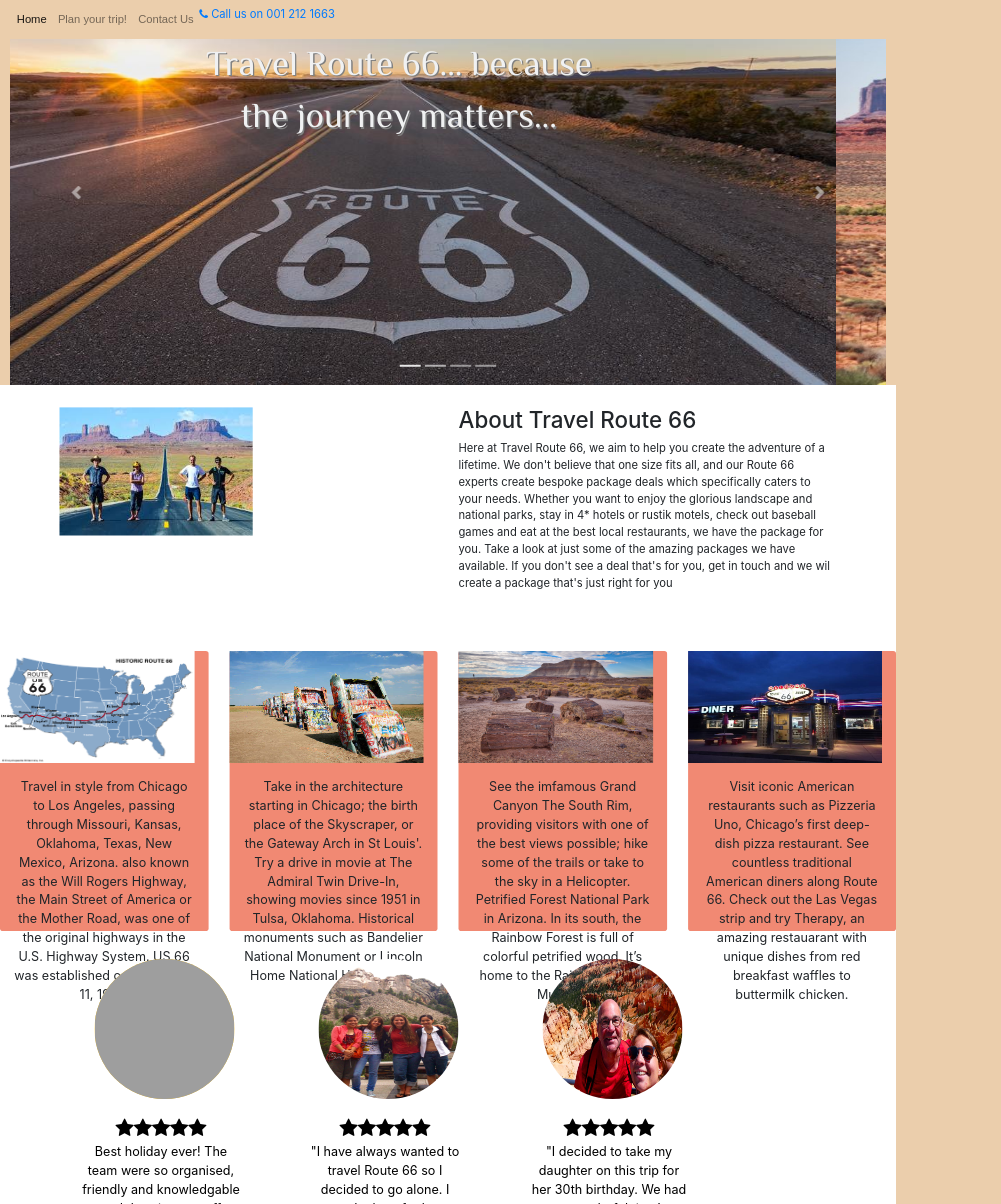
Repository: Leannald13/second-milestone-project
Page: index.html
The author's editor kept a record of every edit. The page is drawn from the files as they stood at one moment, then again after the next edit.
The browser window is 1280 px wide. The page is 1340 px wide, then 1430 px, so the pictures cover 1430 px, including what lies to the right of the window. The pictures show the part of the page from y = 0 to 1720 px (the page is 2374 px tall before and 2394 px after), at 70% of full size.
Pictures or frames that could not be fetched are drawn as grey boxes. Some web fonts or font styles are not loaded; a fallback is used. Some web libraries are served in a nearby version.

Above is the page before.

### index.html
<!DOCTYPE html>
<html lang="en">
<head>
    <meta charset="UTF-8">
    <meta name="viewport" content="width=device-width, initial-scale=1.0">
    <meta http-equiv="X-UA-Compatible" content="ie=edge">
    <link rel="stylesheet" href="https://stackpath.bootstrapcdn.com/bootstrap/4.3.1/css/bootstrap.min.css" type="text/css" />
    <link rel="stylesheet" href="https://cdnjs.cloudflare.com/ajax/libs/hover.css/2.3.1/css/hover-min.css" type="text/css" />
    <link rel="stylesheet" href="https://stackpath.bootstrapcdn.com/font-awesome/4.7.0/css/font-awesome.min.css" type="text/css" />
    <link href="https://fonts.googleapis.com/css?family=Dosis&display=swap" rel="stylesheet">
   <link href="https://fonts.googleapis.com/css?family=Philosopher|Yeon+Sung|ZCOOL+XiaoWei&display=swap" rel="stylesheet">
    <link rel="stylesheet" href="css/style.css" type="text/css" />
    <title>Route 66 Planner</title>
</head>
<body>
     <header>

                                                            <!-- navbar-->

         <nav class="navbar navbar-expand-lg navbar-light">
  <button class="navbar-toggler" type="button" data-toggle="collapse" data-target="#navbarNav" aria-controls="navbarNav" aria-expanded="false" aria-label="Toggle navigation">
    <span class="navbar-toggler-icon"></span>
  </button>
  <div class="collapse navbar-collapse" id="navbarNav">
    <ul class="navbar-nav">
      <li class="nav-item active">
        <a class="nav-link" href="#"><span>Home</span></a>
      </li>
      <li class="nav-item">
        <a class="nav-link" href="#"><span>Plan your trip!</span></a>
      </li>
      <li class="nav-item">
        <a class="nav-link" href="#"><span>Contact Us</span></a>
      </li>
      <li class="nav-item">
          <a class="navlink" href="#"><span><i class="fa fa-phone"></i> Call us on 001 212 1663</span></a>
      </li>
    </ul>
  </div>
</nav>
</header>


    <div class="container-fluid">

        <div id="myCarousel" class="carousel slide" data-ride="carousel">



            <ul class="carousel-indicators">

                <li data-target="#myCarousel" data-slide-to="0" class="active"></li>

                <li data-target="#myCarousel" data-slide-to="1"></li>

                <li data-target="#myCarousel" data-slide-to="2"></li>
                 <li data-target="#myCarousel" data-slide-to="3"></li>


            </ul>




            <div class="carousel-inner">

                <div class="carousel-item active">

                    <img src="assets/images/slide1.jpg" alt="mainimage" width="100%" height="550">
                    <div class="centered">Travel Route 66... because the journey matters...</div>

                </div>

                <div class="carousel-item">

                    <img src="assets/images/slide2.jpg" alt="highway" width="100%" height="550">


                </div>
                  <div class="carousel-item">

                    <img src="assets/images/slide3.jpg" alt="sunsetcanyon" width="100%" height="550">


                </div>
                <div class="carousel-item">

                    <img src="assets/images/slide4.jpg" alt="signontheroad" width="100%" height="550">


                </div>


            <a class="carousel-control-prev" href="#myCarousel" data-slide="prev">

    <span class="carousel-control-prev-icon"></span>

  </a>

            <a class="carousel-control-next" href="#myCarousel" data-slide="next">

    <span class="carousel-control-next-icon"></span>

  </a>

        </div>
    </div>
            </div>
        </div>


        <section id="about">

    <div class="container about" style="padding-bottom: 10px;">

      <div class="row">

        <div class="col-12 col-md-6">

          <img src="assets\images\people.jpg" alt="travelroute66" class="people">

        </div>

        <div class="col-12 col-md-6 about-ash-fit">

          <h2>About Travel Route 66</h2>

          <p The imfamous Route 66 spanning for over 2400 miles, still captivates people from all over the world! An incredible road trip from Chicago Illinois and ending in Santa Monica, California, taking you through eight amazing states, three time zones and mesmerising national parks such as the Grand Canyon and Petrified Forest National Park. Start planning the journey of a lifetime, today!<br>Here at Travel Route 66, we aim to help you create the adventure of a lifetime. We don't believe that one size fits all, and our Route 66 experts create bespoke package deals which specifically caters to your needs. Whether you want to enjoy the glorious landscape and national parks, stay in 4* hotels or rustik motels,
   check out baseball games and eat at the best local restaurants, we have the package for you. Take a look at just some of the amazing packages we have available. If you don't see a deal that's for you,
   get in touch and we wil create a package that's just right for you</p>

        </div>

      </div>

    </div>





                                                        <!-- main body of home page-->
                                  <div class="card-deck">
  <div class="card">
    <img src="assets/images/map.jpg" alt="route66" class="map">
    <div class="card-body">

      <p class="card-text">Travel in style from Chicago to Los Angeles, passing through Missouri, Kansas, Oklahoma, Texas, New Mexico, Arizona. also known as the Will Rogers Highway, the Main Street of America or the Mother Road, was one of the original highways in the U.S. Highway System. US 66 was established on November 11, 1926.</p>
    </div>

  </div>
  <div class="card">
      <img src="assets/images/attractions.jpg" alt="route66" class="attractions">
    <div class="card-body">

      <p class="card-text">Take in the architecture starting in Chicago; the birth place of the Skyscraper, or the Gateway Arch in St Louis'. Try a drive in movie at The Admiral Twin Drive-In, showing movies since 1951 in Tulsa, Oklahoma. Historical monuments such as Bandelier National Monument or Lincoln Home National Historic Site.</p>
    </div>

  </div>
  <div class="card">
     <img src="assets/images/nationalparks.jpg" alt="route66" class="nationalparks">
    <div class="card-body">

      <p class="card-text">See the imfamous Grand Canyon The South Rim, providing visitors with one of the best views possible; hike some of the trails or take to the sky in a Helicopter. Petrified Forest National Park in Arizona. In its south, the Rainbow Forest is full of colorful petrified wood. It’s home to the Rainbow Forest Museum</p>
    </div>

  </div>
   <div class="card">
     <img src="assets/images/dining.jpg" alt="route66" class="dining">
    <div class="card-body">

      <p class="card-text">Visit iconic American restaurants such as Pizzeria Uno, Chicago’s first deep-dish pizza restaurant. See countless traditional American diners along Route 66. Check out the Las Vegas strip and try Therapy, an amazing restauarant with unique dishes from
         red breakfast waffles to buttermilk chicken.</p>
    </div>

  </div>
</div>
                   <!-- temporary block out





      -->



    <div class="container-fluid review">

        <div class="row padding">

            <div class="col-md-3 sm-2">

                <div class="review1">

                    <img class="review-img" src="assets/images/couple.jpg">

                    <div class="card-body">
                    <div class="stars"><i class="fa fa-star"></i><i class="fa fa-star"></i><i class="fa fa-star"></i><i class="fa fa-star"></i><i class="fa fa-star"></i></div>
                      <p class="card-text">  Best holiday ever! The team were so organised, friendly and knowledgable and the trip went off without a hitch. The trip was exactly what we wanted and we left with no regrets. I can't recommend these guys enough! Thank you Travel Route 66 for the trip of a lifetime!" - Elliot and Lucy, London UK</p>

                    </div>

                </div>

            </div>

            <div class="col-md-3">

                <div class="review1">

                    <img class="review-img" width="300" height="300" src="assets/images/group.jpg">

                    <div class="card-body">
              <div class="stars"><i class="fa fa-star"></i><i class="fa fa-star"></i><i class="fa fa-star"></i><i class="fa fa-star"></i><i class="fa fa-star"></i></div> <p class="card-text">"I have always wanted to travel Route 66 so I decided to go alone. I wasn't alone for long because I met the most incredible people who I am still friends with today. It really was one of the best experiences I have ever
           had. Thank you so much Travel Route 66!" - Lucy, Dublin Ireland</p>

                    </div>

                </div>

            </div>

            <div class="col-md-3">

                <div class="review1">

                    <img class="review-img" width="300" height="300" src="assets/images/dadanddaughter.jpg">

                    <div class="card-body">


                        <div class="stars"><i class="fa fa-star"></i><i class="fa fa-star"></i><i class="fa fa-star"></i><i class="fa fa-star"></i><i class="fa fa-star"></i></div>
           <p class="card-text">"I decided to take my daughter on this trip for her 30th birthday. We had a wonderful time! Accomodation was great, food was amazing and by far our biggest highlight was the Grand Canyon. Everyone should do Route 66 once in their lives! Thank you for making it such a memorable experience." Ray and Jennifer, Florida USA.</p>

                    </div>

                </div>

            </div>
          <div class="box1 dealone">
          <h3>14 days on Route 66<br> from $1000 all inclusive</h3>
          <ul>
              <li>Includes flights</li>
              <li>Airport Transportation</li>
              <li>Car Hire or tour bus</li>
              <li>A selection of accomodation to choose from</li>
              <li>A selection of destinations to choose from</li>
              <li>Includes ESTA visa fee</li>
              <a class="btn btn-primary" href="contact.html" role="button" class="enquiry-button">Find Out More!</a>
          </ul>
      </div>
         <div class="box1 dealtwo">
          <h3>12 days on Route 66<br> from $900 all inclusive</h3>
          <ul>
              <li>Includes flights</li>
              <li>Airport Transportation</li>
              <li>Car Hire or tour bus</li>
              <li>A selection of rustik motels to choose from</li>
              <li>A selection of destinations to choose from</li>
              <li>Includes ESTA visa fee</li>
              <a class="btn btn-primary" href="contact.html" role="button" class="enquiry-button">Find Out More!</a>
          </ul>
      </div>
      <div class="box1 dealthree">
          <h3>10 days on Route 66<br> from $750 all inclusive</h3>
          <ul>
              <li>Includes flights</li>
              <li>Airport Transportation</li>
              <li>Group tour bus</li>
              <li>A selection of rustik motels to choose from</li>
              <li>A selection of destinations to choose from</li>
              <li>Includes ESTA visa fee</li>
              <a class="btn btn-primary" href="contact.html" role="button" class="enquiry-button">Find Out More!</a>
          </ul>
      </div>

   </div>
   </div>

<script src="https://code.jquery.com/jquery-3.2.1.slim.min.js" integrity="sha384-KJ3o2DKtIkvYIK3UENzmM7KCkRr/rE9/Qpg6aAZGJwFDMVNA/GpGFF93hXpG5KkN" crossorigin="anonymous"></script>
<script src="https://cdnjs.cloudflare.com/ajax/libs/popper.js/1.12.9/umd/popper.min.js" integrity="sha384-ApNbgh9B+Y1QKtv3Rn7W3mgPxhU9K/ScQsAP7hUibX39j7fakFPskvXusvfa0b4Q" crossorigin="anonymous"></script>
<script src="https://maxcdn.bootstrapcdn.com/bootstrap/4.0.0/js/bootstrap.min.js" integrity="sha384-JZR6Spejh4U02d8jOt6vLEHfe/JQGiRRSQQxSfFWpi1MquVdAyjUar5+76PVCmYl" crossorigin="anonymous"></script>
</body>
</html>

### css/style.css


  /* ------------------------------------------------------------- main image and navbar across all pages */


.background {
    width: 100%;
    height: 600px;
}

body {
    background-color: #EBCEAC;
}



.centered {
  position: absolute;
  top: 45%;
  left: 50%;
  transform: translate(-50%, -130%);
  color: #f0f1f2;
  font-family: 'Philosopher', sans-serif;
  font-size: 50px;
  background: rgba(0, 0, 0, 0);
  padding-left: 10px;
  padding-right: 10px;
  text-shadow: 2px 2px grey;
  text-align: center;

}

.navbar {
    margin: 0;
    border: 0;
    background-color: #EBCEAC;
    color: #003366;
    position: fixed;
    z-index: 10;
    width: 100%;

}

.nav-link {
     font-family: 'Noto Sans JP', sans-serif;
      color: #003366;
}

.symbol {
    width: 50px;
    height: 50px;
    margin-left: 30px;
    margin-right: 5px;
}

h4 {
     color: #36454f;
    font-family: 'Philosopher', sans-serif;
    font-size: 40px;
    padding-top: 40px;
}

.sign {
    height: 270px;
    width: 270px;
}


.background2 {
    width: 100%;
    height: 600px;
    background-size: cover;
    background-attachment: scroll;
}

 /* ---------------------------------------------------Carousel */



  .carousel-inner img {

      width: 100%;


  }



  #myCarousel {

      margin: 0;

      padding: 0;

  }



  .carousel-item {

      position: relative;

      margin-right: -100%;

      width: 100%;

  }



  .carousel-caption {

     text-align: center;

     color: #FFc107;

     font-weight: 700;

     padding-bottom: 100px;

     margin-bottom: 30px;



  }

  /* ------------------------------------------------------------- index.htmll */

#about {

    background-color: #fff;

    padding-top: 2em;

}






.box1 {
    box-sizing: border-box;
    float: left;
    margin-top: 50px;
    margin-left: 10px;
    background-color: #efefef;
    color: #003366;

}

.card {
    margin: 20px;
    margin-top: 60px;
}

.box1 h3 {
    text-align: center;
}

.dealone {
    padding: 10px;

}

.dealtwo {
    padding: 10px;
}

.dealthree {
    padding: 10px;

}

.card {
  height: 400px;
  width: 240px;
  text-align: center;
  background-color: #f18973;
  border-color: : #f4e1d2;
  border: 2px;
  float: left;
  box-sizing: border-box;
}


.card img {
  height: 40%;
  width: 100%;
  padding-right: 20px;

}




  .review-img {
      background-color: #ffc107;
      height: 200px;
      width: 200px;
      margin-top: 0;
      border-radius: 50%;
      text-align: center;
      margin-left: 40px;

  }



  .review1 {

      border-color: transparent;
      font-size: 28px;
      color: black;
      margin-left: 20px;
      margin-right: 20px
      padding-top: 40px;

  }



  p.card-text {
   font-size: 18px;

  }



.card-body {
 text-align: center;

}

.review {
    margin-top: 40px;
    margin-left: 60px;
}






/* ------------------------------------------------------------ temporary block


/* ------------------------------------------------------------ temporary block o

.row.article
.span9.outset {
    width: 90%;
    height: 90%;
    border-color: #c94c4c;
    border: 5px;
}

.card {
  height: 400px;
  width: 240px;
  text-align: center;
  background-color: #f18973;
  border-color: : #f4e1d2;
  border: 2px;
  float: left;
  box-sizing: border-box;
}


.card img {
  height: 40%;
  width: 100%;
  padding-right: 20px;

}

h6 {
  font-family: 'Noto Sans JP', sans-serif;
  color: #003366;
  font-weight: 800px;
  padding: 0px 5px 0px 5px;
  float: left;
}



.box2 {
  text-align: center;
  border: 2px;
  float: left;
  box-sizing: border-box;
}

.box2 img {
    width: 170px;
    height: 170px;
    border-radius: 70px;
    margin-top: 40px;

}

.stars {
    margin-top: 20px;
    color: yellow;
}

.review {
    margin-top: auto;
    padding-top: auto;
    font-style: italic;
    color: #003366;
    padding-left: 20px;
    padding-right: 20px;
}

*/

After the next edit:
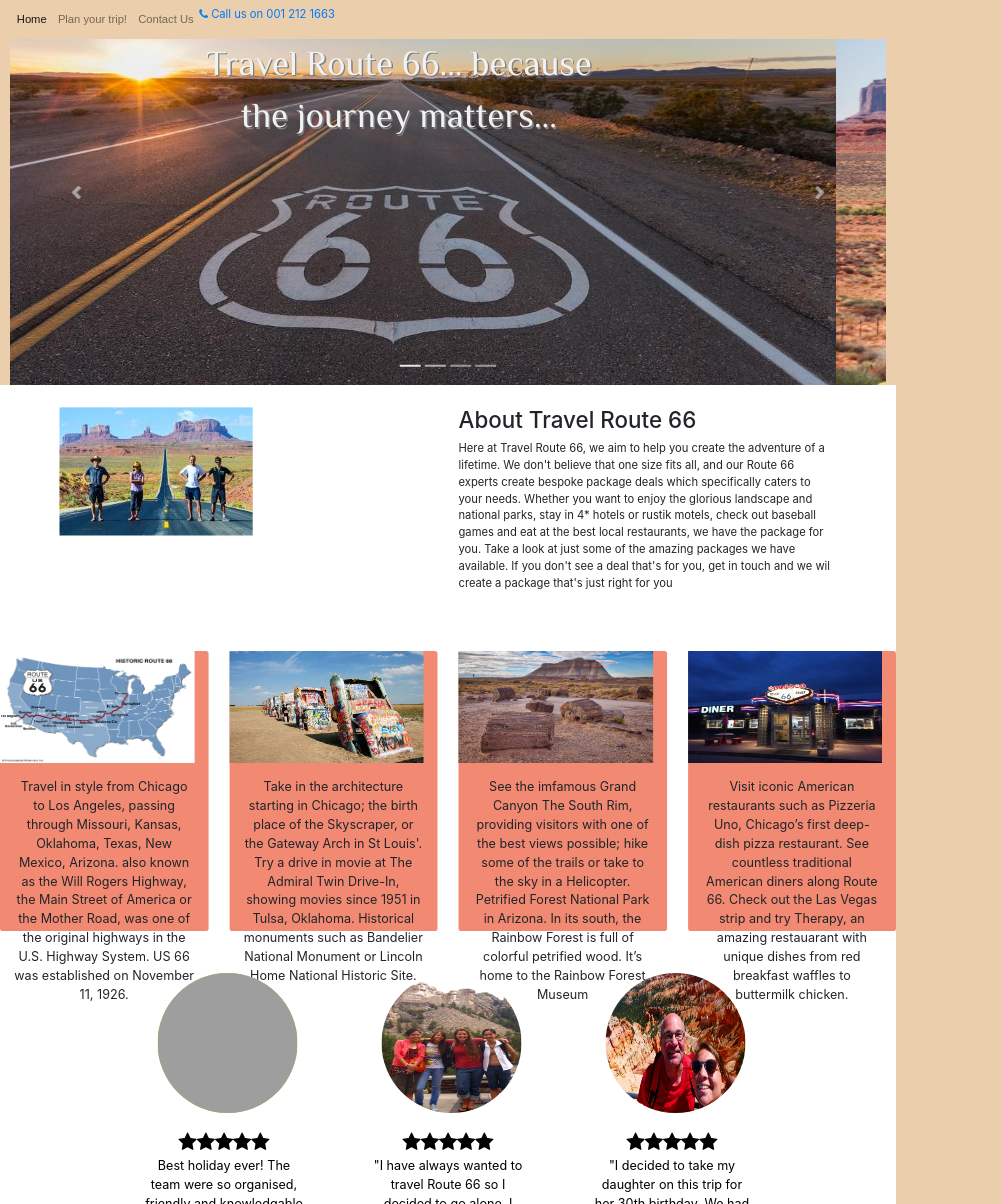
The edit:
--- a/css/style.css
+++ b/css/style.css
@@ -233,8 +233,8 @@
 }
 
 .review {
-    margin-top: 40px;
-    margin-left: 60px;
+    margin-top: 60px;
+    margin-left: 150px;
 }
 
 
